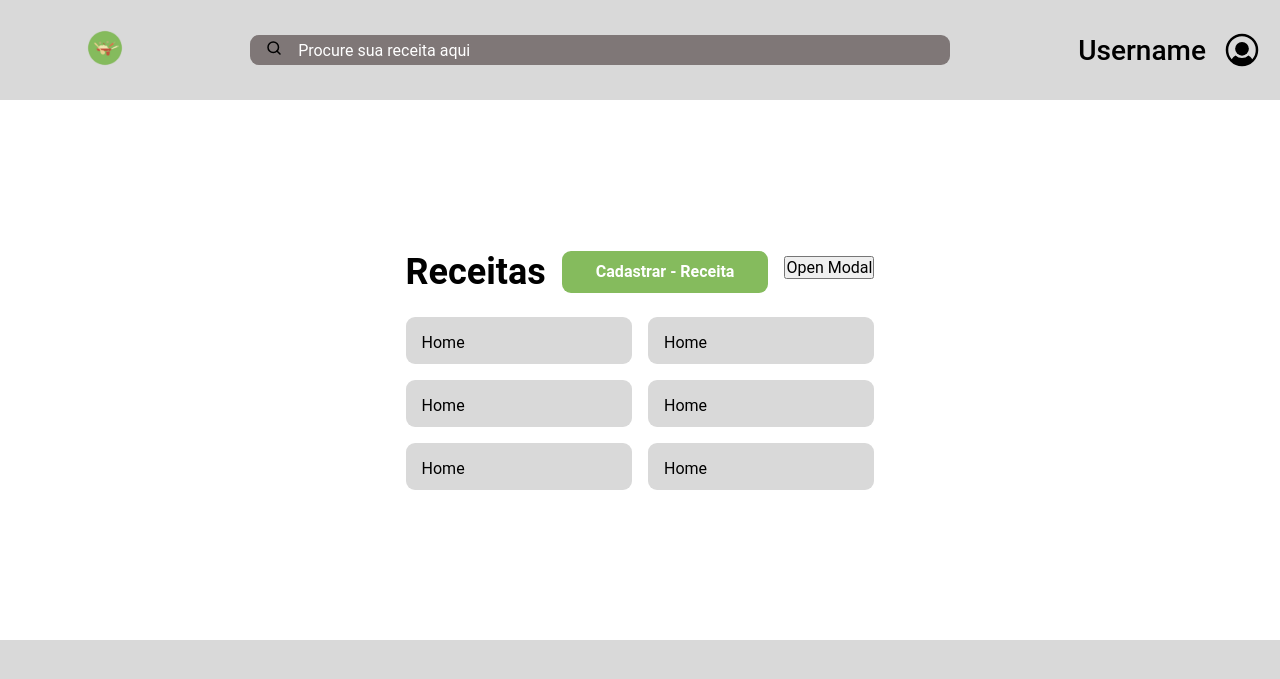
Repository: GabrielEduardoBrambilla/receitas-online
Page: /
These files come from the project's save history. The page is drawn as it stood at one moment and after the next save; the edit follows.
The browser window is 1280 px wide. The pictures show the whole page.
The project was rebuilt for these pictures with package versions that can differ from the ones it lists, and the page was loaded fresh each time. Also part of the build but not shown: vite.config.js.

Above is the page before, as saved 2024-04-15 21:01:05.

### src/pages/Home/index.jsx
import React from 'react'
import { Container, TitleWrapper, CardWrapper } from './styles'
import { Navbar } from '../../components/Navbar'
import { RecipeCard } from '../../components/RecipeCard'
import { RecipeRegisterModal } from '../../components/RecipeRegisterModal'

export function Home() {
  return <Container>
    <Navbar />
    <main>
      <TitleWrapper>
        <h2>Receitas</h2>
        <button>Cadastrar - Receita</button>
        <RecipeRegisterModal />
      </TitleWrapper>

      <CardWrapper>
        <RecipeCard />
        <RecipeCard />
        <RecipeCard />
        <RecipeCard />
        <RecipeCard />
        <RecipeCard />
      </CardWrapper>
    </main>

    <footer></footer>
  </Container>
}

### src/styles/global.js
import { createGlobalStyle } from 'styled-components'

export const GlobalStyle = createGlobalStyle`
  * {
    margin: 0;
    padding: 0;
    box-sizing: border-box;
  }

  :focus {
    outline: none;
  }

  body {
    -webkit-font-smoothing: antialiased;
  }

  body, input, textarea, button {
    font-family: 'Roboto', sans-serif;
    font-weight: 400;
    font-size: 1rem;
  }
`

### src/pages/Home/styles.js
import styled from 'styled-components'

export const Container = styled.div`
  display: flex;
  justify-content: space-between;
  flex-direction: column;
  min-height: 100vh;

  > main {
    display: flex;
    flex-direction: column;
    gap: 24px;
    justify-content: center;
    align-items: c;
    /* min-height: 80vh; */
    max-width: 1000px;
    margin: auto;
  }

  > footer {
    height: 80px;
    width: 100%;
    background-color: #d9d9d9;
  }
`
export const TitleWrapper = styled.div`
  display: flex;
  gap: 16px;

  font-size: 24px;
  font-weight: bold;

  > button {
    font-size: 16px;
    line-height: 0%;
    font-weight: bold;
    color: white;
    background-color: #85bb5d;
    border-radius: 9px;
    border: none;
    padding: 5px 34px;
  }
`
export const CardWrapper = styled.div`
  display: grid;
  grid-template-columns: 1fr 1fr;
  gap: 16px;
`

### src/components/Navbar/index.jsx
import {
  Container, LogoContainer,
  SearchForm,
  UserWrapper
} from './styles'
import Logo from '../../assets/Logo.svg'
import { UserCircle, MagnifyingGlass, Heart } from 'phosphor-react'

export function Navbar() {
  return (
    <Container>

      <LogoContainer>
        <img src={Logo} alt="" />
      </LogoContainer>


      <SearchForm>
        <label htmlFor="search">
          <MagnifyingGlass size={16} weight="bold" />
        </label>
        <input type="text" id='search' placeholder='Procure sua receita aqui' />
      </SearchForm>


      <UserWrapper>
        <p>Username</p>
        <UserCircle size={40} weight="fill" />

      </UserWrapper>


    </Container>
  )
}

### src/components/RecipeCard/index.js
import React from 'react'
import { Container } from './styles'

export function RecipeCard() {
  return <Container>Home</Container>
}

### src/components/RecipeRegisterModal/index.jsx
import React from 'react'
import { Container } from './styles'
import Modal from 'react-modal'

export function RecipeRegisterModal() {
  const [modalIsOpen, setIsOpen] = React.useState(false);

  function openModal() {
    setIsOpen(true);
  }

  function afterOpenModal() {
  }

  function closeModal() {
    setIsOpen(false);
  }

  return <Container>
      <button onClick={openModal}>Open Modal</button>
      <Modal
        isOpen={modalIsOpen}
        onAfterOpen={afterOpenModal}
        onRequestClose={closeModal}
        contentLabel="Example Modal"
      >
        <button onClick={closeModal}>close</button>
      </Modal>
  </Container>
}

### src/components/Navbar/styles.js
import styled from 'styled-components'

export const Container = styled.div`
  display: flex;
  flex: 1;
  justify-content: space-between;
  align-items: center;

  background-color: #d9d9d9;
  max-height: 100px;

  padding: 0px 10px 0px 80px;
`
export const LogoContainer = styled.div`
  > img {
    width: 50px;
    height: 50px;
    object-fit: cover;
  }
`
export const SearchForm = styled.form`
  display: flex;
  gap: 16px;
  align-items: center;
  width: 700px;
  height: 30px;
  background-color: #7f7777;
  border-radius: 9px;
  padding: 6px 16px;

  > input {
    background-color: #7f7777;
    border: none;
    color: white;

    &::placeholder {
      color: white;
    }
  }
`
export const UserWrapper = styled.div`
  display: flex;
  gap: 16px;
  align-items: center;
  padding: 8px;
  border-radius: 6px;

  > p {
    font-size: 28px;
    font-weight: 500;
  }
`

### src/components/RecipeCard/styles.js
import styled from 'styled-components'
export const Container = styled.div`
  background-color: #d9d9d9;
  padding: 16px 12px 12px 16px;
  border-radius: 9px;
  width: 100%;
  max-width: 555px;

  > h3 {
    font-size: 22px;
    margin-bottom: 6px;
  }
  > p {
    font-size: 16px;
    font-weight: normal;
  }
`

### src/components/RecipeRegisterModal/styles.js
import styled from 'styled-components'
export const Container = styled.div``

Loaded but not shown: index.html (common file); src/main.jsx (common file); src/App.jsx (common file)

After the next save:
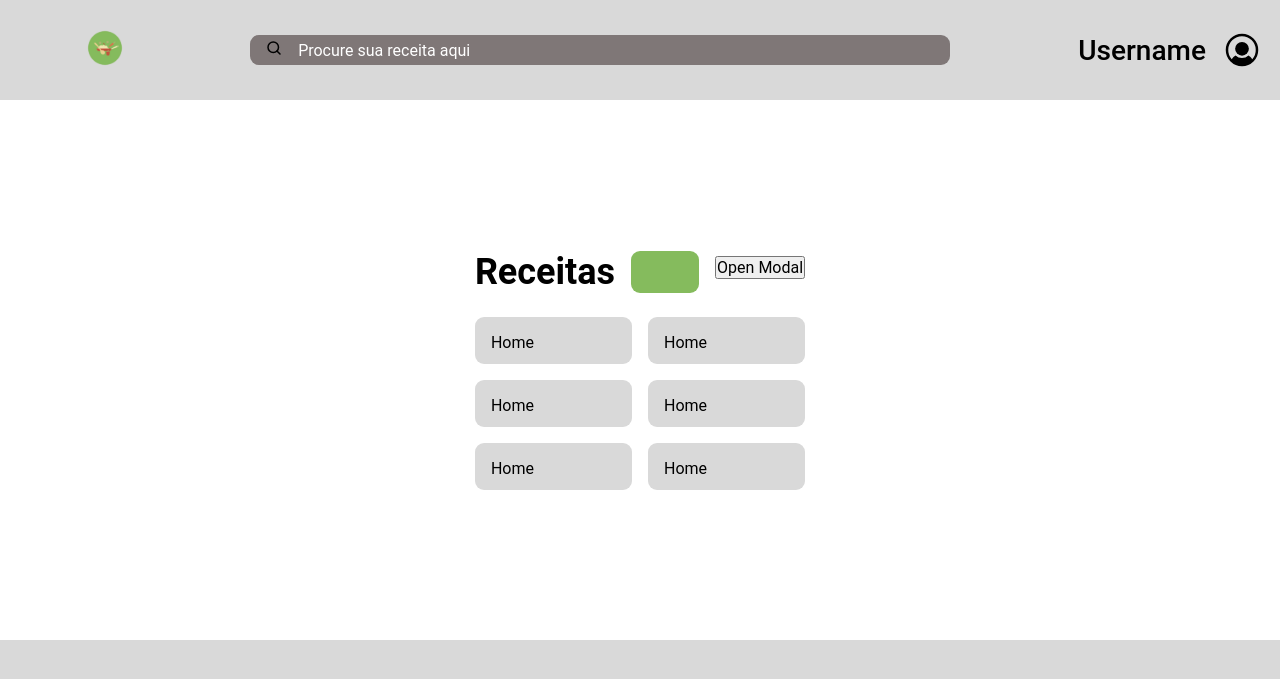
Saved 86 s later.
--- a/src/pages/Home/index.jsx
+++ b/src/pages/Home/index.jsx
@@ -10,8 +10,8 @@ export function Home() {
     <main>
       <TitleWrapper>
         <h2>Receitas</h2>
-        <button>Cadastrar - Receita</button>
-        <RecipeRegisterModal />
+        <button></button>
+        <RecipeRegisterModal buttonText="Cadastrar - Receita"/>
       </TitleWrapper>
 
       <CardWrapper>
